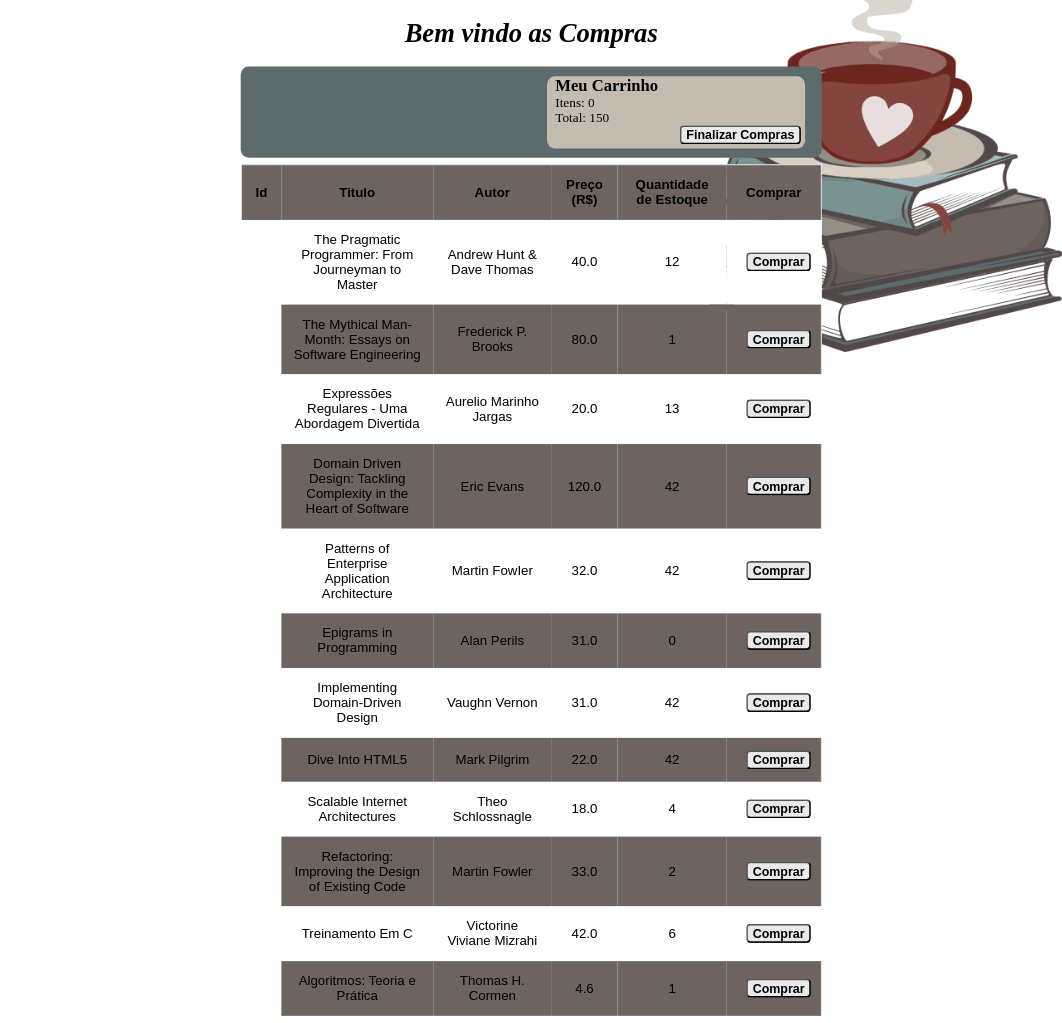
Repository: gabriellacrystina/ProjetoTegra
Page: http://localhost/book-store/Produtos
These files come from the project's save history. The page is drawn as it stood at one moment and after the next save; the edit follows.
The browser window is 1280 px wide. The pictures show the whole page, at 83% of full size.
Backgrounds fixed to the window are drawn as part of the page. The page is served by Tomcat 9.

Above is the page before, as saved 2016-07-04 17:49:04.

After the next save:
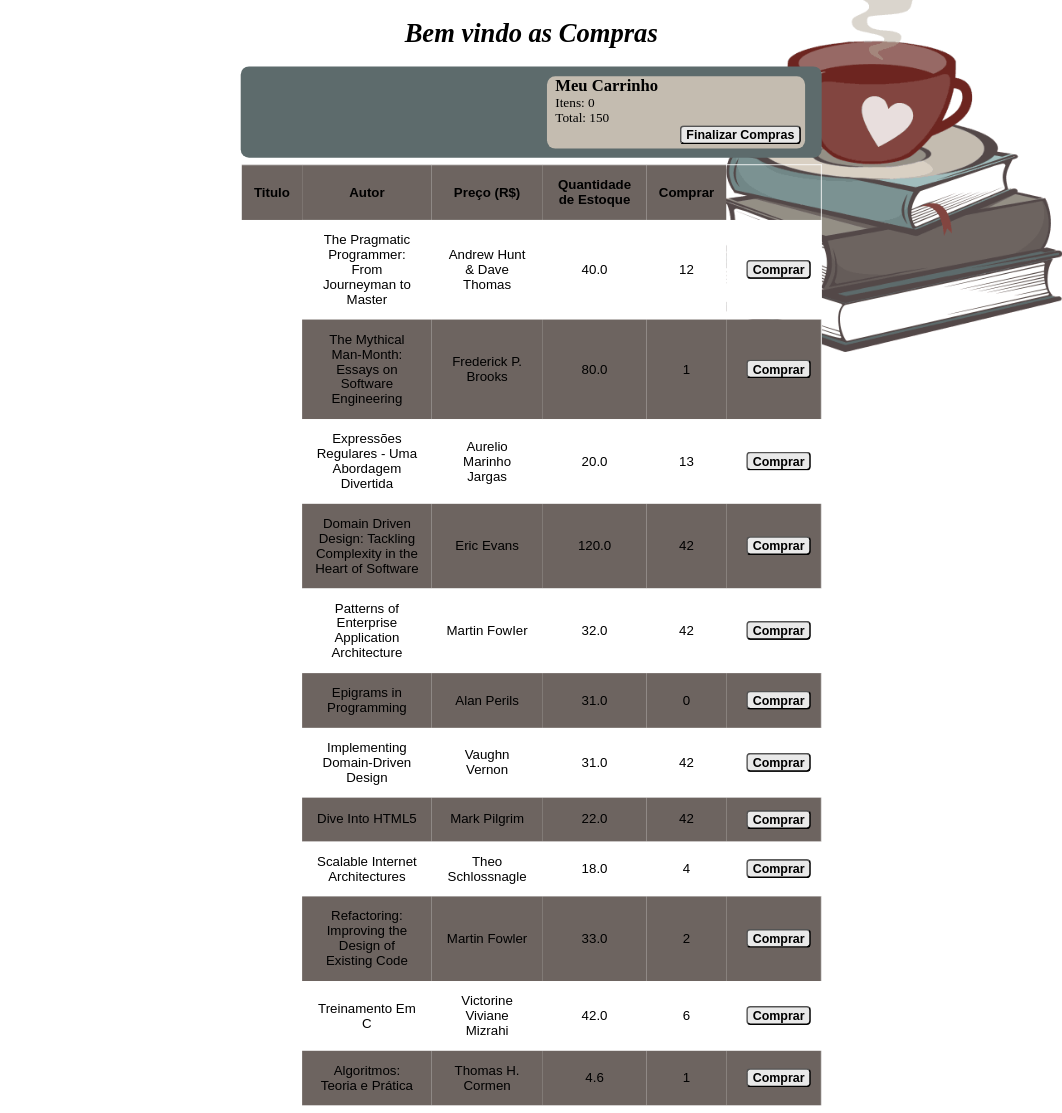
Saved 27 s later.
--- a/book-store/WebContent/index.jsp
+++ b/book-store/WebContent/index.jsp
@@ -32,7 +32,6 @@
 			%>
 			<table id="tbl-books">
 			  <tr>
-			  	<th>Id</th>
 			    <th>Titulo</th>
 			    <th>Autor</th>
 			    <th>Preço (R$)</th>

After the save that followed:
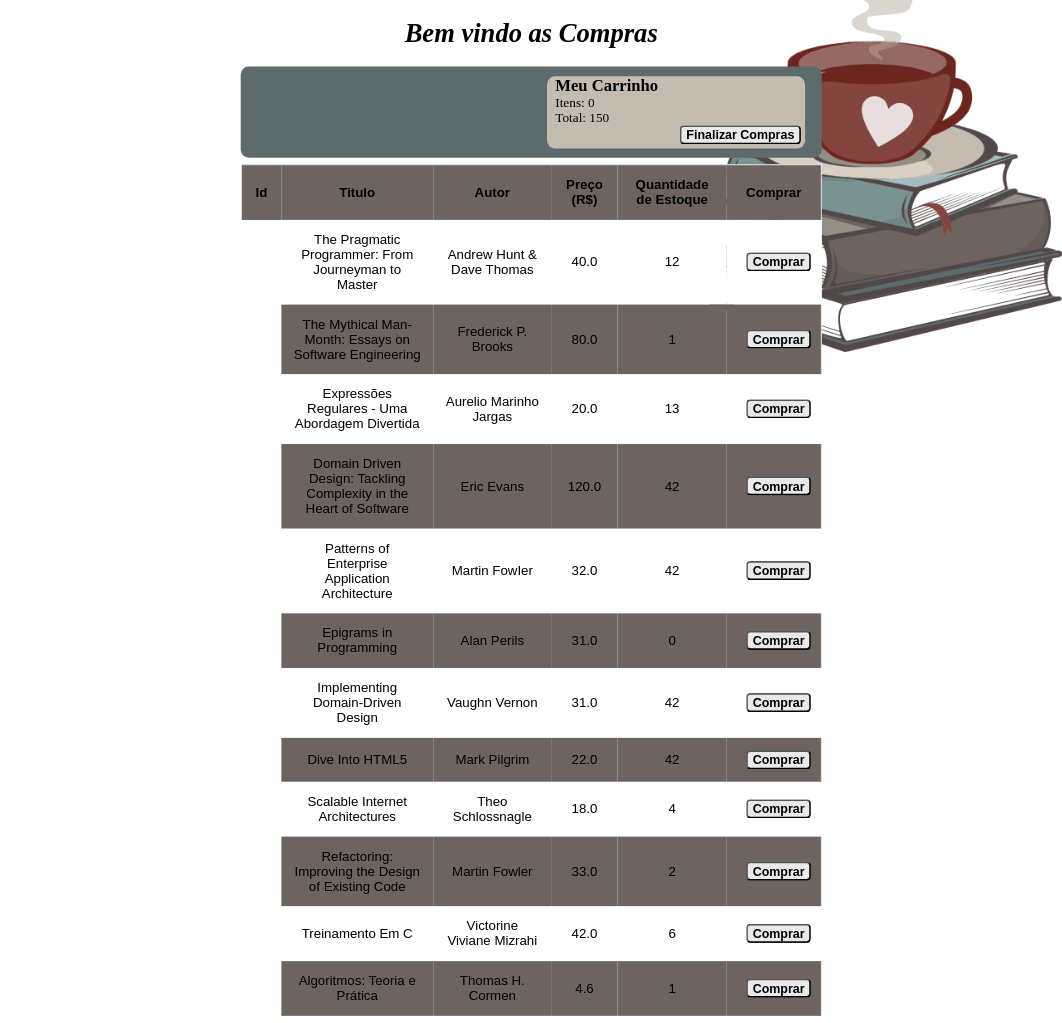
Saved 22 s later.
--- a/book-store/WebContent/index.jsp
+++ b/book-store/WebContent/index.jsp
@@ -32,6 +32,7 @@
 			%>
 			<table id="tbl-books">
 			  <tr>
+			  	<th class="id-livro">Id</th>
 			    <th>Titulo</th>
 			    <th>Autor</th>
 			    <th>Preço (R$)</th>
